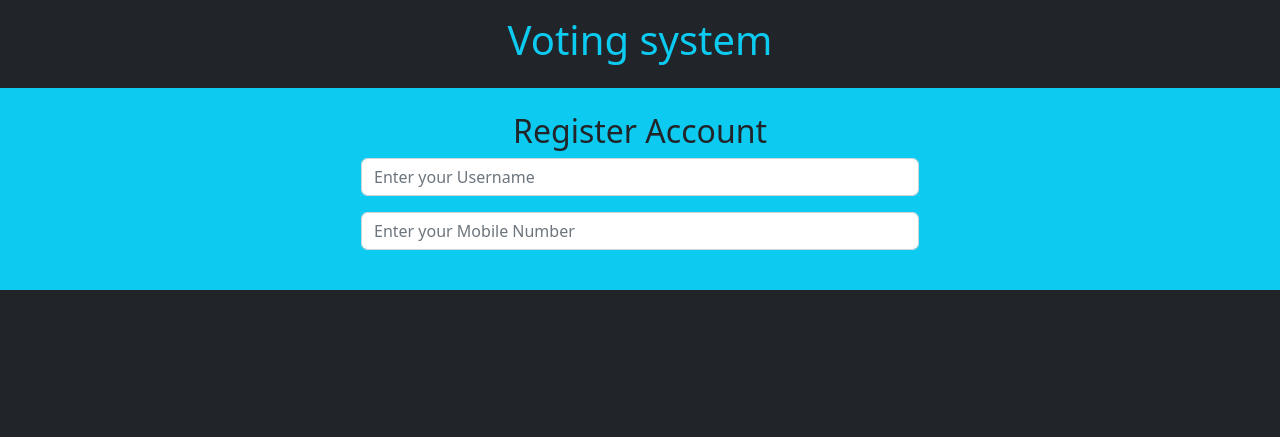
Repository: AvinashLikesToLearnNewStuff/VotingSite
Page: http://localhost/partials/registration.php
An editor plug-in stored every save of this project. The page is shown before and after the next save, followed by the edit.
The browser window is 1280 px wide. The pictures show the whole page.
The page is run by PHP 8.4 with error messages shown; the project is at /var/www/html/.

Above is the page before, as saved 2023-03-09 10:28:09.

After the next save:
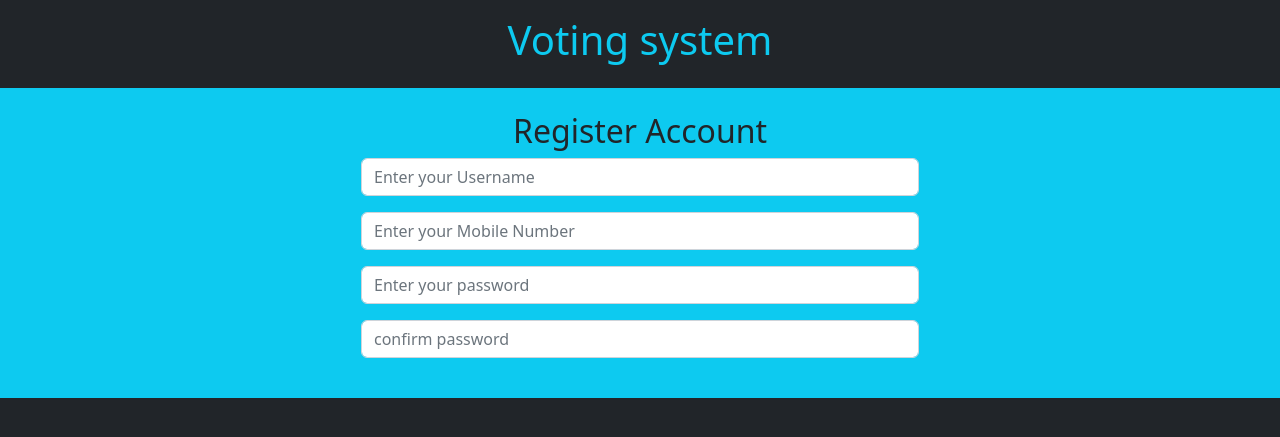
Saved 75 s later.
--- a/partials/registration.php
+++ b/partials/registration.php
@@ -22,7 +22,13 @@
                     <input type="text" class="form-control w-50 m-auto" placeholder="Enter your Mobile Number" required="required" name="mobile">
                 </div>
 
+                    <div class="mb-3">
+                    <input type="text" class="form-control w-50 m-auto" placeholder="Enter your password" required="required" name="mobile">
+                </div>
 
+                        <div class="mb-3">
+                    <input type="text" class="form-control w-50 m-auto" placeholder="confirm password" required="required" name="mobile">
+                </div>
             </form>
         </div>
 
